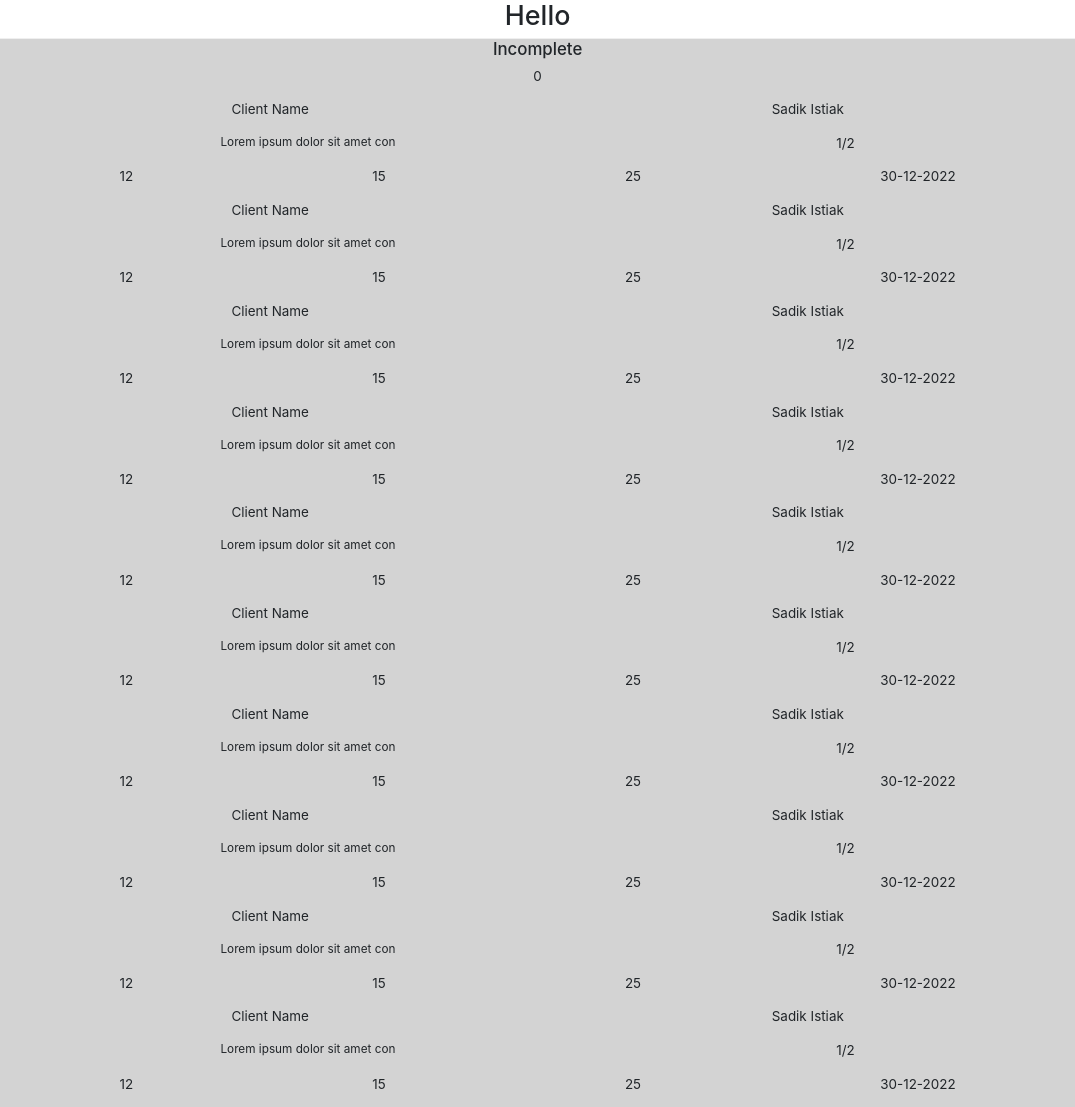
Repository: Sharif-00112/dashboard-task-frontend
Page: /
An editor plug-in stored every save of this project. The page is shown before and after the next save, followed by the edit.
The browser window is 1280 px wide. The pictures show the whole page, at 84% of full size.
The project was rebuilt for these pictures with package versions that can differ from the ones it lists, and the page was loaded fresh each time.

Above is the page before, as saved 2023-01-27 23:46:52.

After the next save:
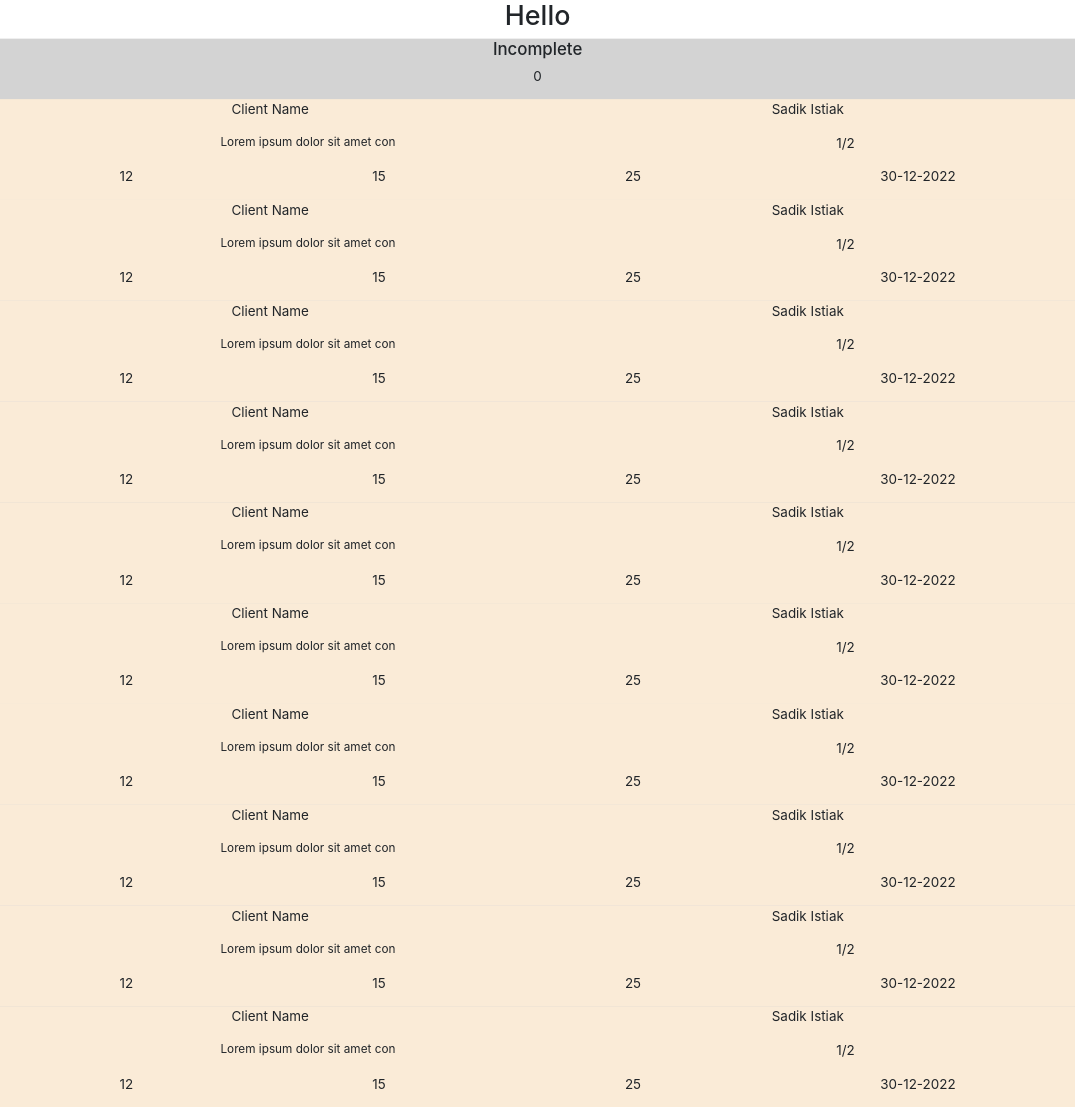
Saved 18 s later.
--- a/src/Components/styles.css
+++ b/src/Components/styles.css
@@ -6,3 +6,7 @@
     display: flex;
     justify-content: space-around
 }
+
+.task{
+    background-color: antiquewhite;
+}
